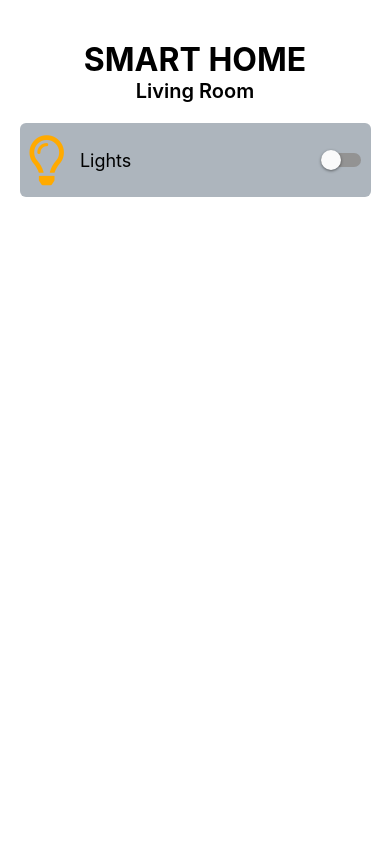
Repository: NQD2308/CNTT3
Screen: / (app in Week 5/home work/ListThietBi/)
An editor plug-in stored every save of this project. The screen is shown before and after the next save, followed by the edit.
The app was drawn by React Native's web renderer in a window 390 px wide. The project was rebuilt for these pictures with package versions that can differ from the ones it lists, and the page was loaded fresh each time.

Above is the screen before, as saved 2024-04-11 22:41:18.

### Week 5/home work/ListThietBi/App.js
import { StatusBar } from 'expo-status-bar';
import { StyleSheet, Text, View, Switch } from 'react-native';
import F5Icon from 'react-native-vector-icons/FontAwesome5';

export default function App() {
  return (
    <View style={styles.container}>
      <StatusBar style="auto" backgroundColor="gray"/>
      <Text style={styles.headerText}>SMART HOME</Text>
      <Text style={styles.headerLittleText}>Living Room</Text>
      <View style={styles.option}>
        <View style={styles.leftSide}>
        <F5Icon name="lightbulb" size={50} color={'#ffaa00'} />
        <Text style={styles.nameText}>Lights</Text>
        </View>
        <Switch style={styles.switch} />
      </View>
    </View>
  );
}

const styles = StyleSheet.create({
  container: {
    flex: 1,
    backgroundColor: '#fff',
    alignItems: 'center',
    marginTop: 40
  },
  headerText: {
    fontSize: 32,
    fontWeight: 'bold'
  },
  headerLittleText: {
    fontSize: 20,
    fontWeight: '600',
    marginBottom: 20
  },
  option: {
    width: '90%',
    backgroundColor: '#adb5bd',
    flexDirection: 'row',
    justifyContent: 'space-between',
    alignItems: 'center',
    padding: 10,
     borderRadius: 6
  },
  leftSide: {
    flexDirection: 'row',
    gap: 16 ,
    alignItems: 'center',
  },
  nameText: {
    fontSize: 18
  }
});

After the next save:
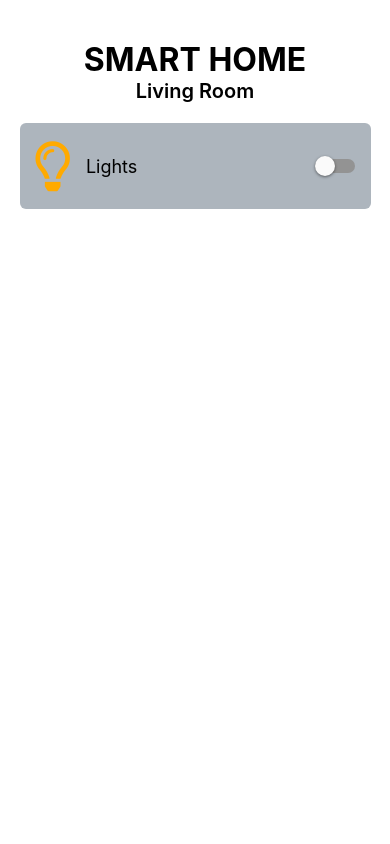
Saved 16 s later.
--- a/Week 5/home work/ListThietBi/App.js
+++ b/Week 5/home work/ListThietBi/App.js
@@ -41,7 +41,7 @@ const styles = StyleSheet.create({
     flexDirection: 'row',
     justifyContent: 'space-between',
     alignItems: 'center',
-    padding: 10,
+    padding: 16,
      borderRadius: 6
   },
   leftSide: {
